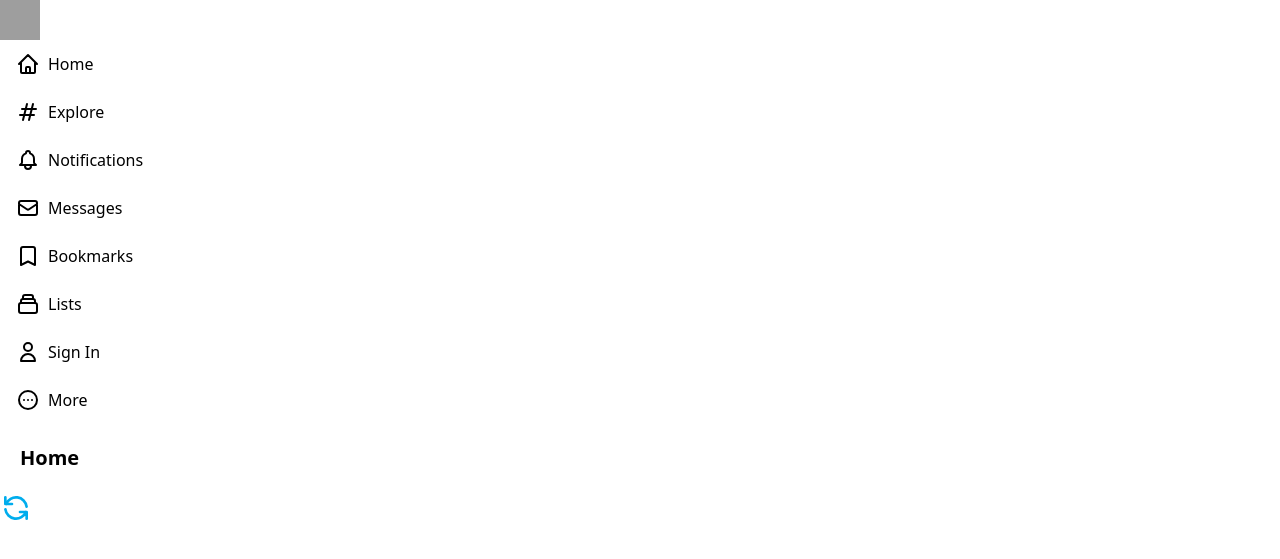
Repository: pabx12/twitter-clone
Page: /
The author's editor kept a copy of each file at every save. The page is drawn from the files as they stood at one save, then again after the next save.
The browser window is 1280 px wide. The pictures show the whole page.
Pictures or frames that could not be fetched are drawn as grey boxes. The project was rebuilt for these pictures with package versions that can differ from the ones it lists, and the page was loaded fresh each time. The framework's server and built-in components were replaced by stand-ins that run in the browser. Also part of the build but not shown: next.config.js.

Above is the page before, as saved 2022-05-06 22:44:39.

### pages/index.tsx
import type { NextPage } from 'next'
import Head from 'next/head'
import Image from 'next/image'
import Feed from '../components/Feed'
import Sidebar from '../components/Sidebar'

const Home: NextPage = () => {
  return (
    <div className="">
      <Head>
        <title>Twitter</title>
        <link rel="icon" href="/favicon.ico" />
      </Head>
      <main>
        <Sidebar/>
        <Feed/>
      </main>


    </div>
  )
}

export default Home

### components/Feed.tsx
import { RefreshIcon } from '@heroicons/react/outline'
import React from 'react'

function Feed() {
  return (
    <div>
        <div>
            <h1 className='p-5 pb-0 text-xl font-bold'>Home</h1>
            <RefreshIcon className='mr-5  mt-5 w-8 cursor-pointer text-twitter transition-all duration-500 ease-out hover:rotate-90 active:scale-125'/>
        </div>
    </div>
  )
}

export default Feed

### components/Sidebar.tsx
import React from 'react'
import SidebarRow from './SidebarRow'
import {
    BellIcon,
    HashtagIcon,
    HomeIcon,
    BookmarkIcon,
    CollectionIcon,
    DotsCircleHorizontalIcon,
    MailIcon,
    UserIcon
} from '@heroicons/react/outline'

function Sidebar() {
  return (
    <div className='flex flex-col'>
        <img className='w-10 h-10' src="https://cdn.pixabay.com/photo/2018/06/22/19/03/logo-3491390_960_720.png" alt="Twitter" />
        <SidebarRow Icon={HomeIcon} name="Home" />
        <SidebarRow Icon={HashtagIcon} name="Explore" />
        <SidebarRow Icon={BellIcon} name="Notifications" />
        <SidebarRow Icon={MailIcon} name="Messages" />
        <SidebarRow Icon={BookmarkIcon} name="Bookmarks" />
        <SidebarRow Icon={CollectionIcon} name="Lists" />
        <SidebarRow Icon={UserIcon} name="Sign In" />
        <SidebarRow Icon={DotsCircleHorizontalIcon} name="More" />
    </div>
  )
}

export default Sidebar

### components/SidebarRow.tsx
import React, { SVGProps } from 'react'

interface props {
    Icon: (props:SVGProps<SVGSVGElement> ) => JSX.Element
    name : string
}
function SidebarRow({Icon, name}: props) {
  return (
    <div className='flex max-w-fit items-center space-x-2 px-4 py-3 rounded-full group hover:bg-gray-100 cursor-pointer  transition-all duration-200'>
        <Icon className="h-6 w-6" />
        <p className='group-hover:text-twitter'>{name}</p>
    </div>
  )
}

export default SidebarRow

### tailwind.config.js
module.exports = {
  content: [
    './pages/**/*.{js,ts,jsx,tsx}',
    './components/**/*.{js,ts,jsx,tsx}',
  ],
  theme: {
    extend: {
      colors:{
        twitter : '#00ADED',
      }
    },
  },
  plugins: [],
}

Loaded but not shown: pages/_app.tsx (common file); styles/globals.css (common file)

After the next save:
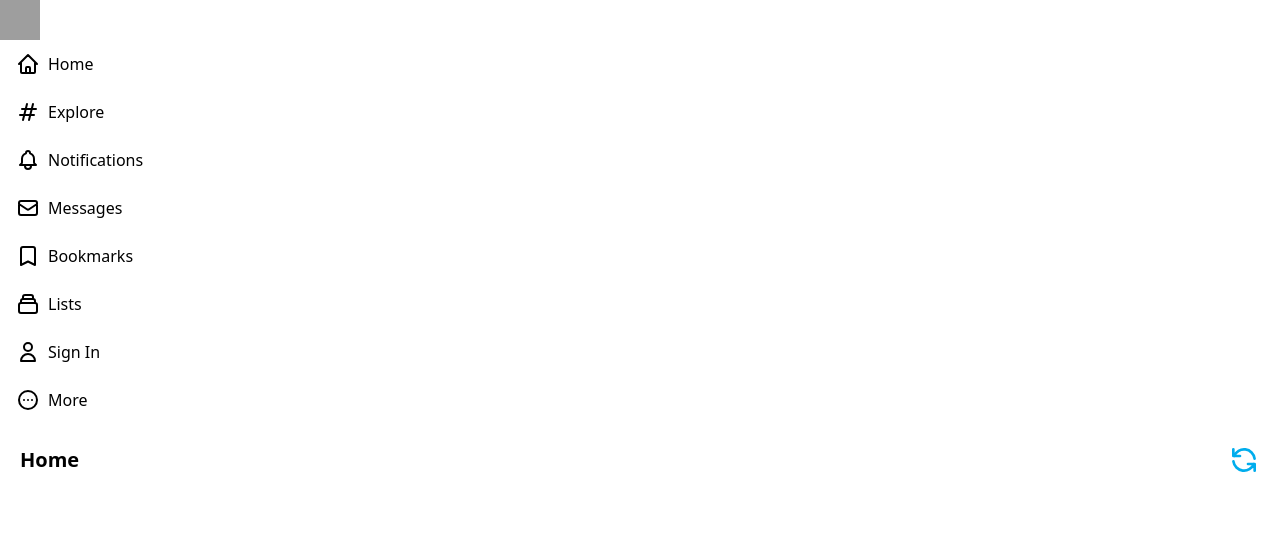
Saved 24 s later.
--- a/components/Feed.tsx
+++ b/components/Feed.tsx
@@ -4,7 +4,7 @@ import React from 'react'
 function Feed() {
   return (
     <div>
-        <div>
+        <div className='flex items-center justify-between'>
             <h1 className='p-5 pb-0 text-xl font-bold'>Home</h1>
             <RefreshIcon className='mr-5  mt-5 w-8 cursor-pointer text-twitter transition-all duration-500 ease-out hover:rotate-90 active:scale-125'/>
         </div>
